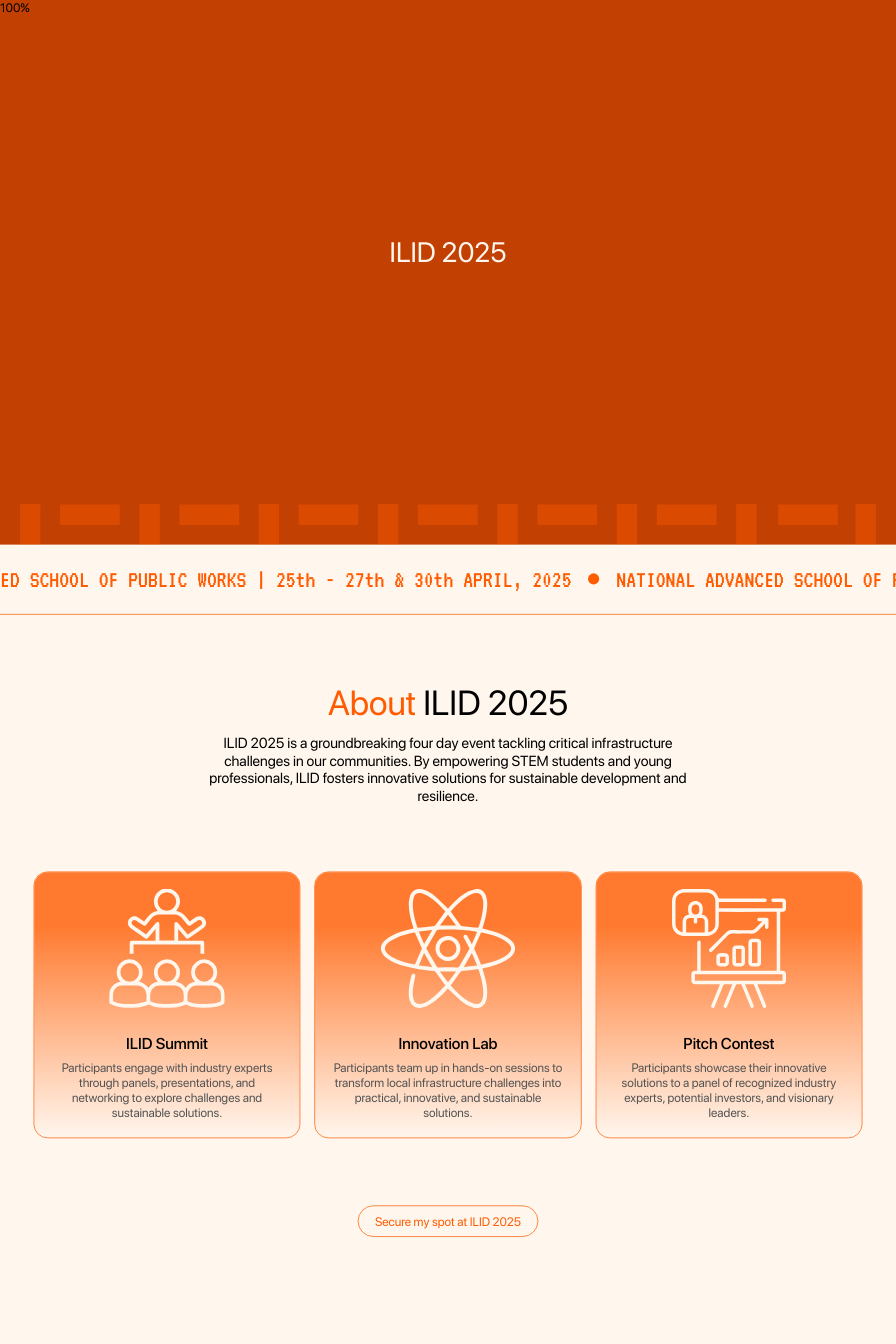
Repository: ilidevent/ilidwebsite
Page: /
An editor plug-in stored every save of this project. The page is shown before and after a run of saves, followed by the edit.
The browser window is 1280 px wide. The pictures show the part of the page from y = 0 to 1920 px (the page is 12229 px tall), at 70% of full size.
The project was rebuilt for these pictures with package versions that can differ from the ones it lists, and the page was loaded fresh each time. The framework's server and built-in components were replaced by stand-ins that run in the browser. Also part of the build but not shown: next.config.ts, styles/Navigation/sidebar.module.scss, components/Navigation/SideBar.tsx, styles/ReUsables/forminput.module.scss, components/ReUsables/FormInput.tsx, styles/ReUsables/formselector.module.scss, components/ReUsables/FormSelector.tsx, styles/AttendPage/attendform.module.scss and 22 more.

Above is the page before, as saved 2025-03-20 18:57:00.

After the next 2 saves:
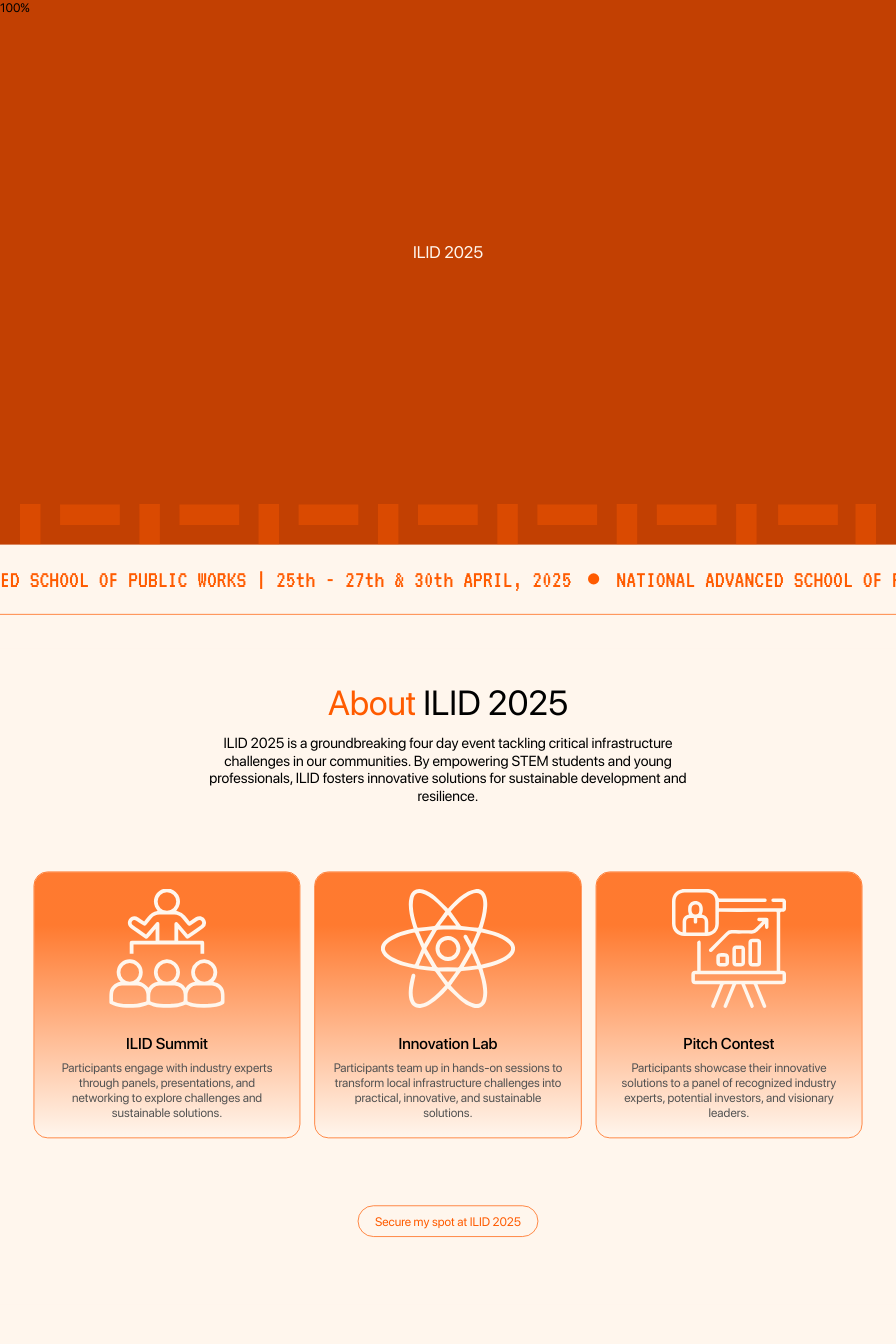
The 2 saves are shown as one change because they came seconds apart.
The last was saved 16 s later.
--- a/styles/Navigation/preloader.module.scss
+++ b/styles/Navigation/preloader.module.scss
@@ -20,5 +20,5 @@
   left: 50%;
   transform: translate(-50%, -50%);
   color: var(--body-color);
-  font-size: calc(var(--h2-font-size));
+  font-size: calc(var(--h2-font-size) - 1rem);
 }
